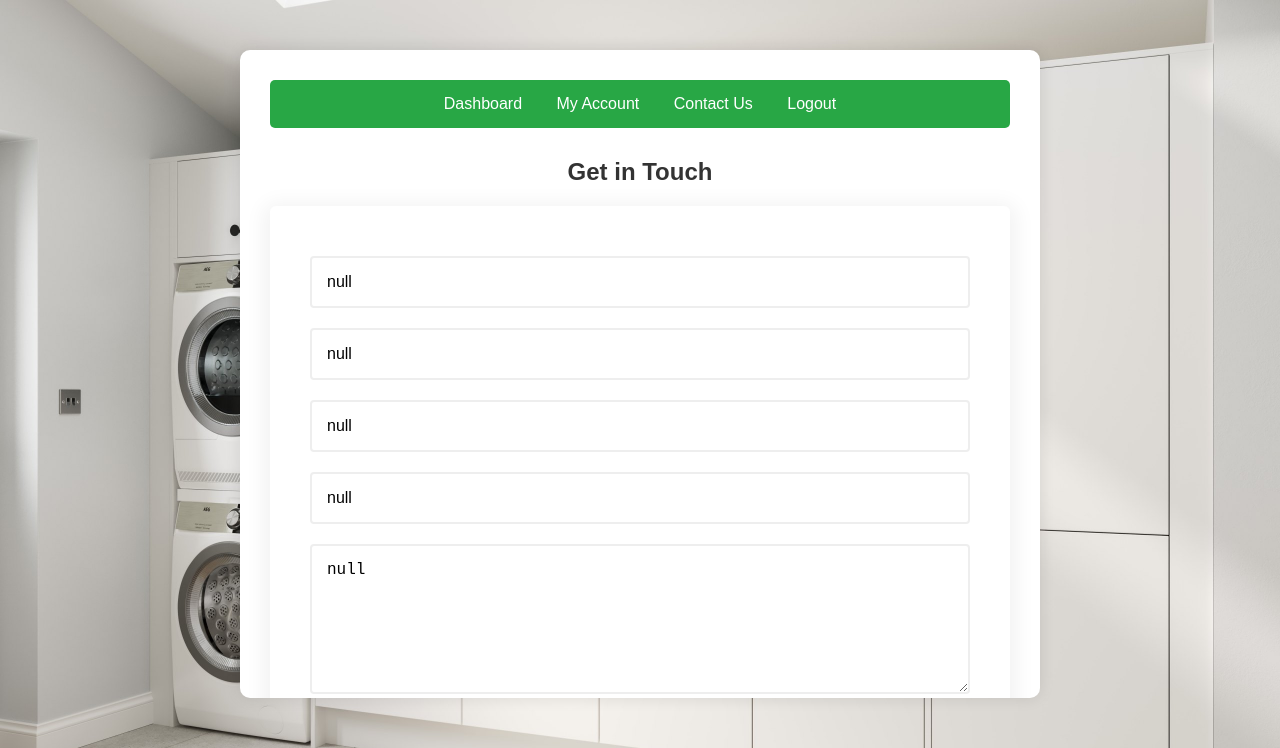
Repository: AmodhyaSharinda/java-CRUD
Page: http://localhost/java_project/deleteContact.jsp
The author's editor kept a copy of each file at every save. The page is drawn from the files as they stood at one save, then again after the next save.
The browser window is 1280 px wide. The pictures show the whole page.
An inner scrolling area shows only its first screen. Backgrounds fixed to the window are drawn as part of the page. The page is served by Tomcat 9. Other server files are loaded and not shown.

Above is the page before, as saved 2024-10-01 10:26:09.

### java_project/src/main/webapp/deleteContact.jsp
<%@ page language="java" contentType="text/html; charset=ISO-8859-1"
    pageEncoding="ISO-8859-1"%>
<%@taglib prefix="c" uri="http://java.sun.com/jsp/jstl/core"%>
<!DOCTYPE html>
<html lang="en">
<head>
  <meta charset="UTF-8">
  <meta name="viewport" content="width=device-width, initial-scale=1.0">
  <title>Contact Us</title>
  <style>
    * {
      margin: 0;
      padding: 0;
      box-sizing: border-box;
    }

    body {
      font-family: 'Arial', sans-serif;
      background: url('back.jpg') no-repeat center center fixed; /* Add background image */
      background-size: cover; /* Cover the entire viewport */
    }

    .container {
      max-width: 800px; /* Set the same max-width */
      margin: 50px auto;
      background: #fff;
      padding: 30px;
      box-shadow: 0 0 15px rgba(0, 0, 0, 0.1);
      border-radius: 10px;
      overflow-y: auto; /* Enable vertical scrolling */
      max-height: 90vh; /* Limit the maximum height of the container */
    }

    h2 {
      margin-bottom: 20px;
      color: #333;
      text-align: center;
    }

    .nav-menu {
      background: #28a745;
      padding: 15px;
      border-radius: 5px;
      margin-bottom: 30px;
      text-align: center;
    }

    .nav-menu a {
      color: white;
      text-decoration: none;
      margin: 0 15px;
      font-size: 16px;
      transition: color 0.3s;
    }

    .nav-menu a:hover {
      text-decoration: underline;
      color: #d4edda;
    }

    .form-wrapper {
      background-color: white;
      padding: 50px 40px;
      box-shadow: rgba(0, 0, 0, 0.05) 0px 4px 20px 7px;
      border-radius: 6px;
      text-align: center;
    }

    .text-blk {
      margin: 0;
      line-height: 25px;
    }

    .input, .textinput {
      width: 100%;
      padding: 15px;
      border: 2px solid #eeeeee;
      font-size: 16px;
      color: black;
      border-radius: 4px;
      margin-bottom: 20px; /* Add some margin for spacing */
    }

    .textinput {
      min-height: 150px;
    }

    .submit-btn {
      width: 100%;
      background-color: #f44336; /* Red color for delete */
      height: 60px;
      font-size: 20px;
      font-weight: 700;
      color: white;
      border: none;
      border-radius: 4px;
      cursor: pointer;
      transition: background 0.3s;
    }

    .submit-btn:hover {
      background-color: #c62828; /* Darker red on hover */
    }

    .social-media-links {
      display: flex;
      justify-content: space-evenly;
      margin: 50px 0;
    }

    .link-img {
      width: 30px;
      height: 30px;
    }

    ::placeholder {
      color: #dadada;
    }

    @media (max-width: 768px) {
      .input, .textinput, .submit-btn {
        width: 100%;
      }
    }
  </style>
</head>
<body>
	<%
		String Id = request.getParameter("id");
		String Name = request.getParameter("name");
		String Email = request.getParameter("email");
		String Phone = request.getParameter("phone");
		String Msg = request.getParameter("msg");
	%>

  <div class="container">
    <div class="nav-menu">
      <a href="dashboard.jsp">Dashboard</a>
      <a href="customerAccount.jsp">My Account</a>
      <a href="contactUs.jsp">Contact Us</a>
      <a href="logout.jsp">Logout</a>
    </div>

    <h2>Get in Touch</h2>

    <form action="contactDelete" method="post" class="form-wrapper">
      <input class="input" name="id" placeholder="User ID" value="<%= Id %>" readonly>
      <input class="input" name="UserName" placeholder="Name" value="<%= Name %>" readonly>
      <input class="input" name="Email" placeholder="Email" value="<%= Email %>" readonly>
      <input class="input" name="PhoneNumber" placeholder="Phone Number" value="<%= Phone %>" readonly>
      <textarea class="textinput" name="Msg" placeholder="Message" readonly><%= Msg %></textarea>
      <button type="submit" class="submit-btn">Delete</button>
    </form>

    <div class="social-media-links">
      <a href="#"><img class="link-img" src="https://workik-widget-assets.s3.amazonaws.com/Footer1-83/v1/images/Icon-twitter.png" alt="Twitter"></a>
      <a href="#"><img class="link-img" src="https://workik-widget-assets.s3.amazonaws.com/Footer1-83/v1/images/Icon-facebook.png" alt="Facebook"></a>
      <a href="#"><img class="link-img" src="https://workik-widget-assets.s3.amazonaws.com/Footer1-83/v1/images/Icon-google.png" alt="Google"></a>
      <a href="#"><img class="link-img" src="https://workik-widget-assets.s3.amazonaws.com/Footer1-83/v1/images/Icon-instagram.png" alt="Instagram"></a>
    </div>
  </div>

</body>
</html>

After the next save:
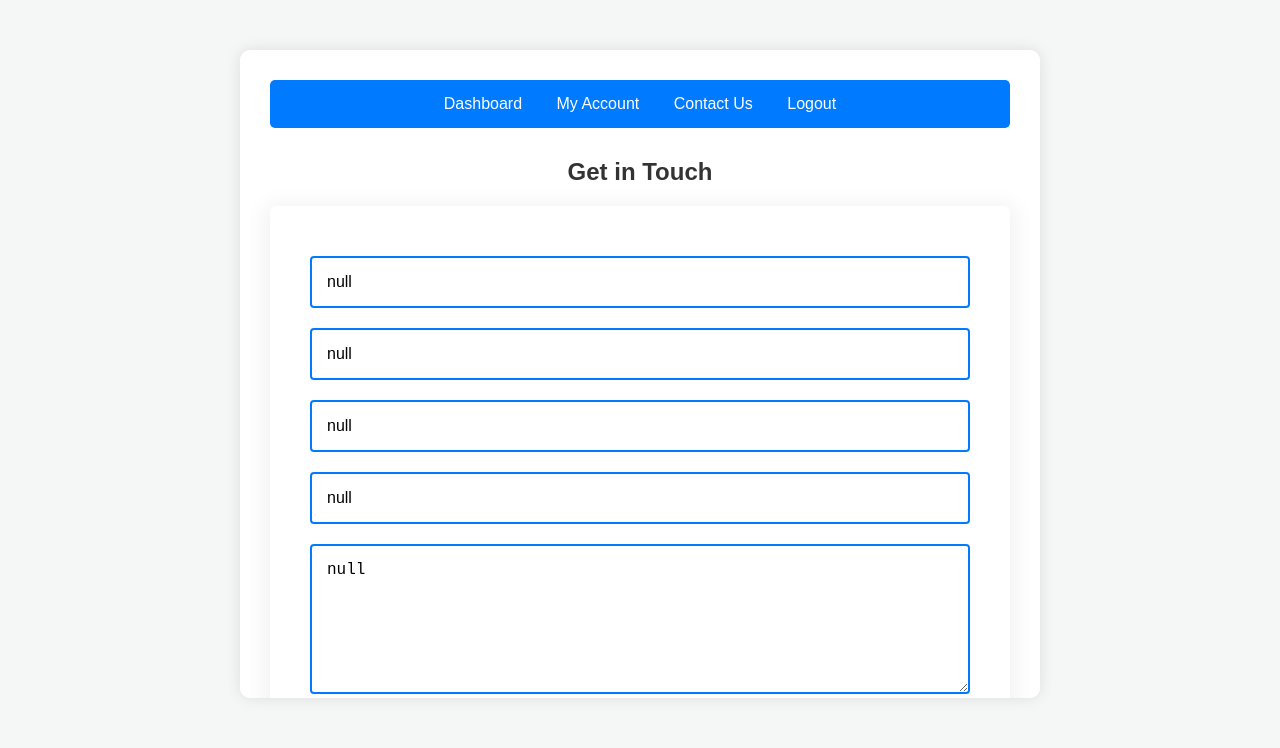
Saved 106 s later.
--- a/java_project/src/main/webapp/deleteContact.jsp
+++ b/java_project/src/main/webapp/deleteContact.jsp
@@ -16,19 +16,18 @@
 
     body {
       font-family: 'Arial', sans-serif;
-      background: url('back.jpg') no-repeat center center fixed; /* Add background image */
-      background-size: cover; /* Cover the entire viewport */
+      background: #f4f7f6;
     }
 
     .container {
-      max-width: 800px; /* Set the same max-width */
+      max-width: 800px;
       margin: 50px auto;
       background: #fff;
       padding: 30px;
       box-shadow: 0 0 15px rgba(0, 0, 0, 0.1);
       border-radius: 10px;
-      overflow-y: auto; /* Enable vertical scrolling */
-      max-height: 90vh; /* Limit the maximum height of the container */
+      overflow-y: auto;
+      max-height: 90vh;
     }
 
     h2 {
@@ -38,7 +37,7 @@
     }
 
     .nav-menu {
-      background: #28a745;
+      background: #007bff; /* Changed to match the login theme */
       padding: 15px;
       border-radius: 5px;
       margin-bottom: 30px;
@@ -66,19 +65,14 @@
       text-align: center;
     }
 
-    .text-blk {
-      margin: 0;
-      line-height: 25px;
-    }
-
     .input, .textinput {
       width: 100%;
       padding: 15px;
-      border: 2px solid #eeeeee;
+      border: 2px solid #007bff; /* Changed to match the theme */
       font-size: 16px;
       color: black;
       border-radius: 4px;
-      margin-bottom: 20px; /* Add some margin for spacing */
+      margin-bottom: 20px;
     }
 
     .textinput {
